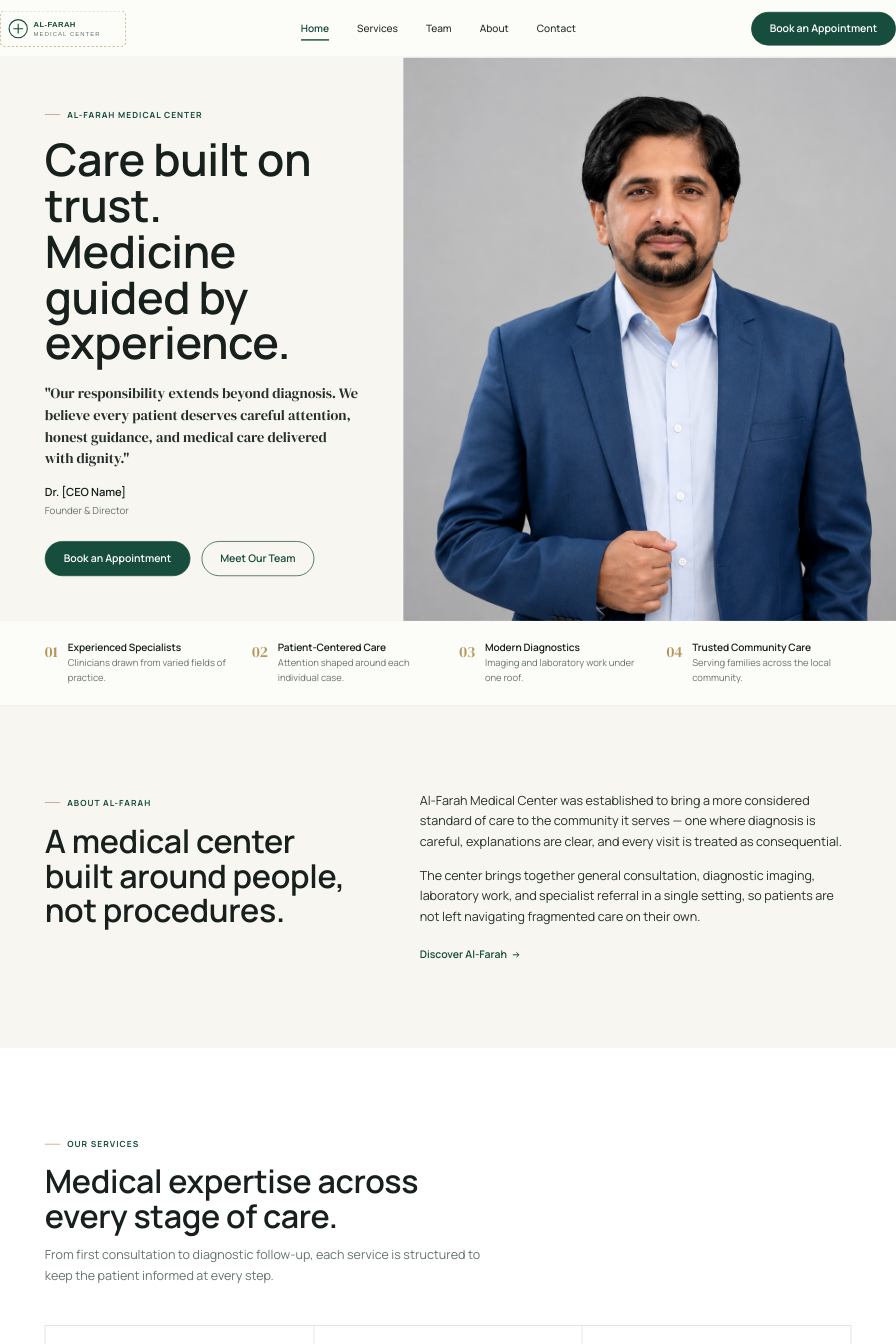
Repository: mraeesaziz45/al-farah
Page: index.html
An editor plug-in stored every save of this project. The page is shown before and after the next save, followed by the edit.
The browser window is 1280 px wide. The pictures show the part of the page from y = 0 to 1920 px (the page is 5846 px tall), at 70% of full size.

Above is the page before, as saved 2026-09-08 17:55:44.

After the next save:
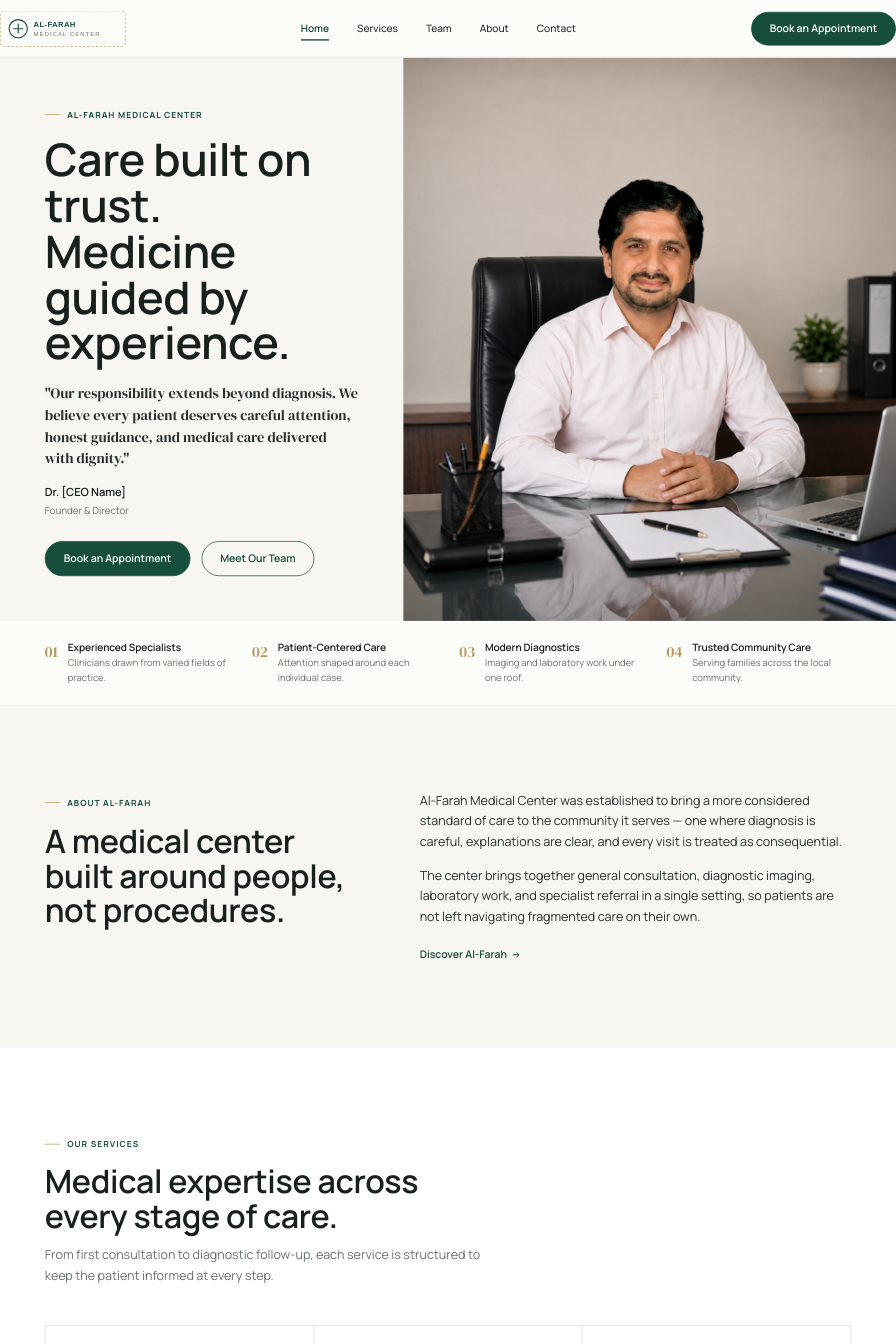
Saved 3 min 28 s later.
--- a/index.html
+++ b/index.html
@@ -76,7 +76,7 @@
       </div>
     </div>
     <div class="hero-media">
-      <img src="assets/images/team/director-home-2.png" alt="Portrait of the Founder and Director of Al-Farah Medical Center" width="1200" height="1400">
+      <img src="assets/images/team/director-home-3.png" alt="Portrait of the Founder and Director of Al-Farah Medical Center" width="1200" height="1400">
     </div>
   </section>
 
